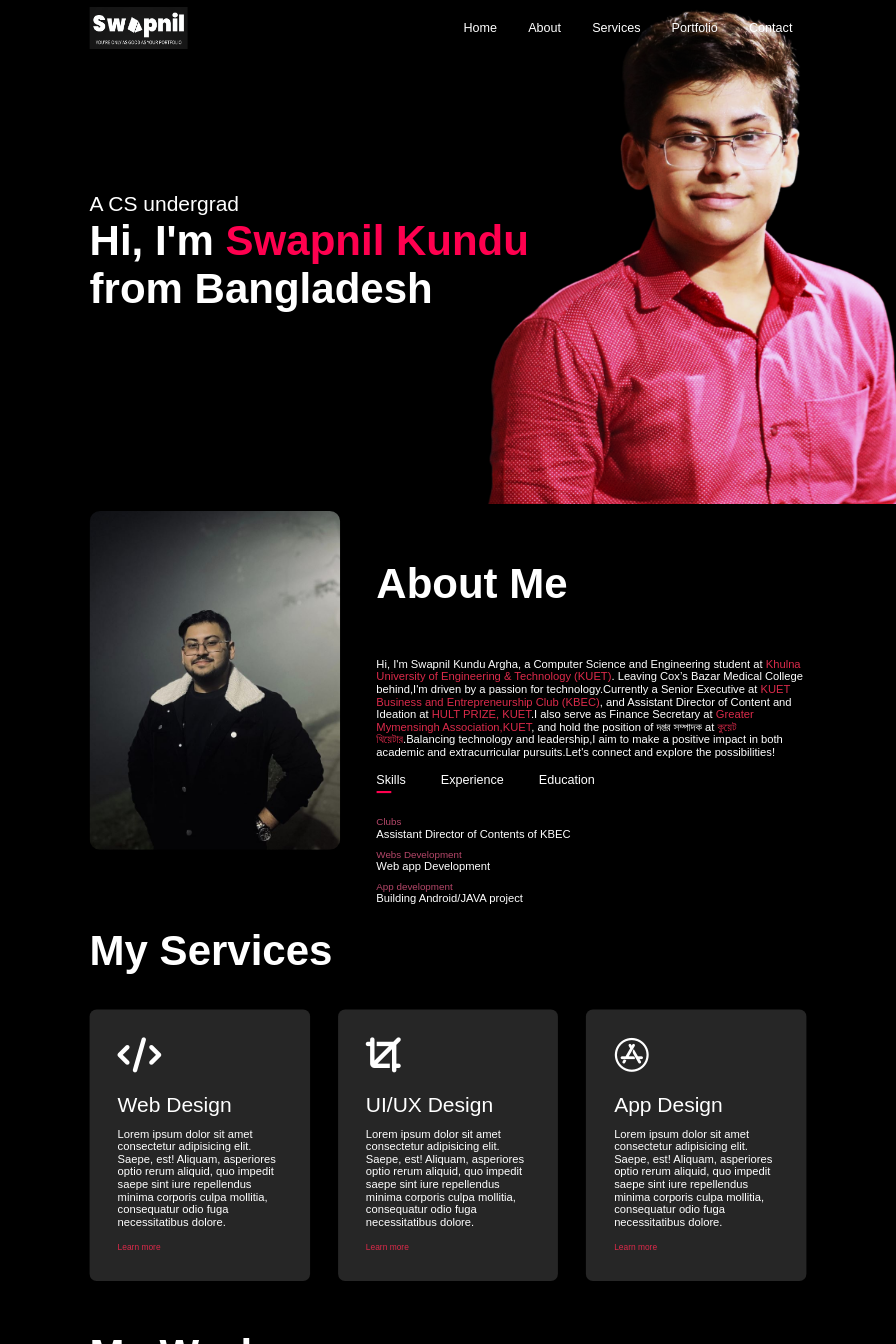
Repository: SwapnilKundu/portfolio
Page: index.html
The author's editor kept a copy of each file at every save. The page is drawn from the files as they stood at one save, then again after the next save.
The browser window is 1280 px wide. The pictures show the part of the page from y = 0 to 1920 px (the page is 3199 px tall), at 70% of full size.
Some web libraries are served in a nearby version.

Above is the page before, as saved 2024-01-20 23:17:08.

After the next save:
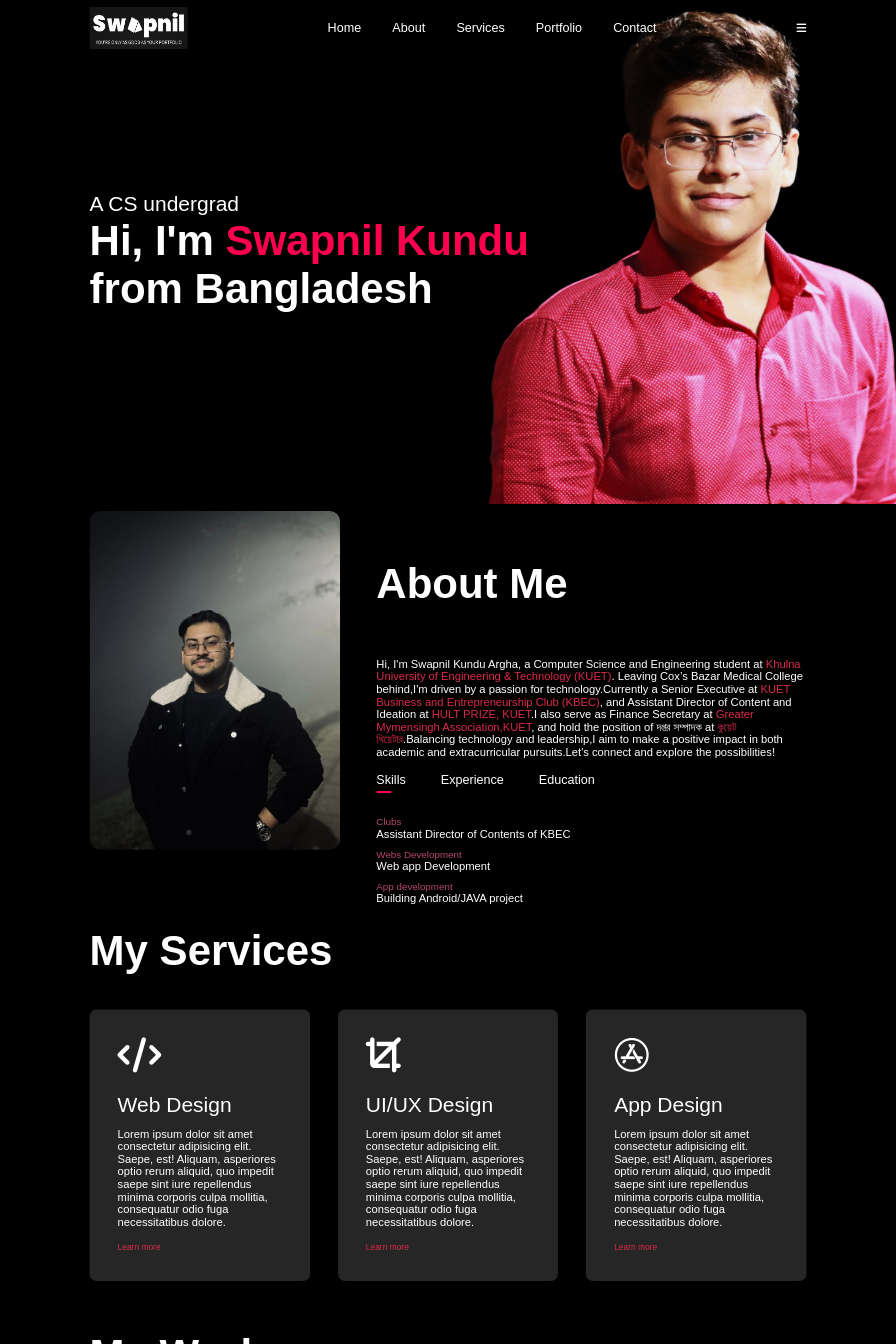
Saved 62 s later.
--- a/index.html
+++ b/index.html
@@ -19,6 +19,7 @@
                 <li><a href ="#">Portfolio</a></li>
                 <li><a href ="#">Contact</a></li>
             </ul>
+            <i class="fa-solid fa-bars"></i>
         </nav>
         <div class="header-text">
             <p>A CS undergrad </p>
